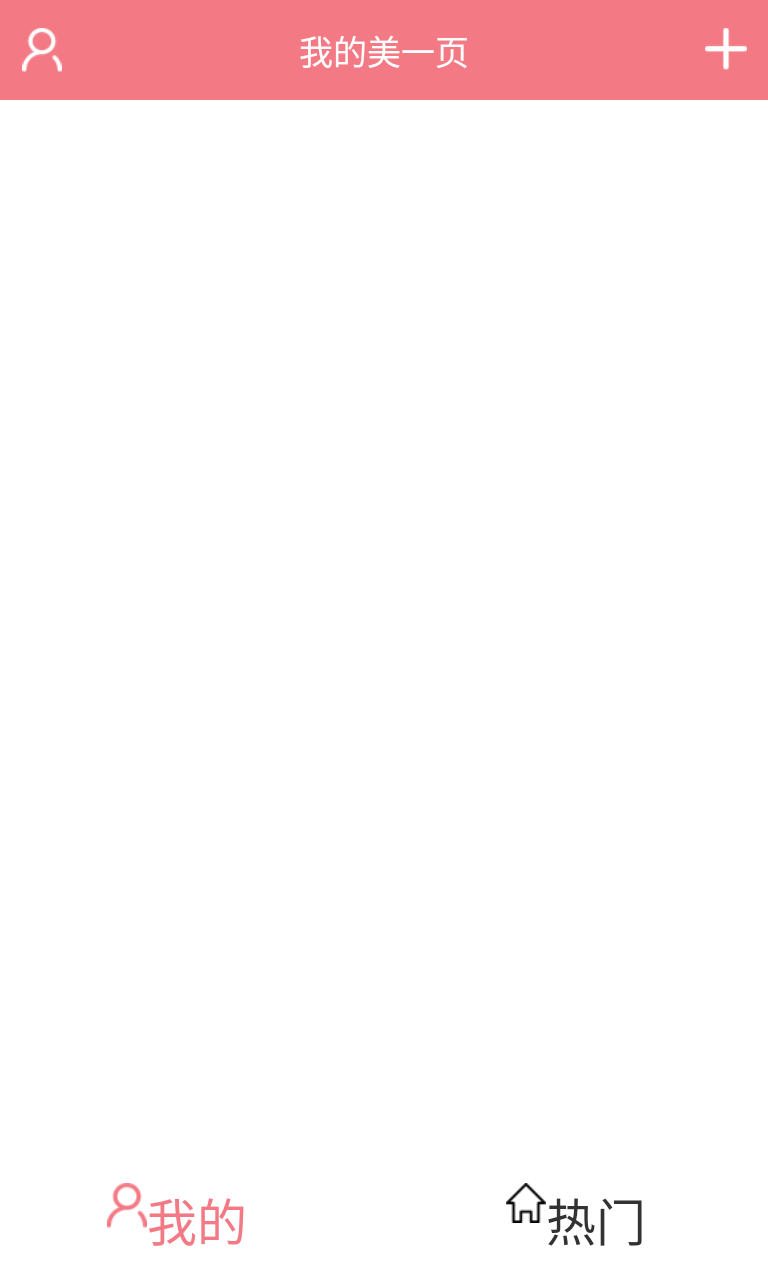
Repository: xuelang201201/Android
Layout: Android网络/美一页/res/layout/activity_main.xml
An editor plug-in stored every save of this project. The layout is shown before and after the next save, followed by the edit.
It is drawn on a 768 x 1280 px phone screen (xhdpi) without system bars, with theme android:Theme.Holo.Light.NoActionBar; the app's code is not run.

Above is the layout before, as saved 2016-03-28 07:23:53.

### Android网络/美一页/res/layout/activity_main.xml
<RelativeLayout xmlns:android="http://schemas.android.com/apk/res/android"
    xmlns:tools="http://schemas.android.com/tools"
    android:layout_width="match_parent"
    android:layout_height="match_parent"
    tools:context=".MainActivity" >

    <RelativeLayout
        android:layout_width="match_parent"
        android:layout_height="50dp"
        android:layout_alignParentLeft="true"
        android:layout_alignParentRight="true"
        android:layout_alignParentTop="true"
        android:background="@drawable/top" >

        <TextView
            android:id="@+id/textView1"
            android:layout_width="wrap_content"
            android:layout_height="wrap_content"
            android:layout_centerHorizontal="true"
            android:layout_centerVertical="true"
            android:text="我的美一页"
            android:textColor="#ffffff"
            android:textSize="17sp" />

        <ImageView
            android:id="@+id/imageView1"
            android:layout_width="22sp"
            android:layout_height="22sp"
            android:layout_alignParentLeft="true"
            android:layout_centerVertical="true"
            android:layout_marginLeft="10dp"
            android:contentDescription="@null"
            android:src="@drawable/icon8" />

        <ImageView
            android:id="@+id/imageView2"
            android:layout_width="22sp"
            android:layout_height="22sp"
            android:layout_alignParentRight="true"
            android:layout_centerVertical="true"
            android:layout_marginRight="10dp"
            android:contentDescription="@null"
            android:src="@drawable/icon9" />
    </RelativeLayout>

    <LinearLayout
        android:layout_width="match_parent"
        android:layout_height="60dp"
        android:layout_alignParentBottom="true"
        android:layout_alignParentLeft="true"
        android:layout_alignParentRight="true" >

        <RelativeLayout
            android:layout_width="0dp"
            android:layout_height="match_parent"
            android:layout_weight="1" >

            <LinearLayout
                android:id="@+id/linearLayout1"
                android:layout_width="wrap_content"
                android:layout_height="wrap_content"
                android:layout_centerHorizontal="true"
                android:layout_centerVertical="true" >

                <ImageView
                    android:id="@+id/imageView3"
                    android:layout_width="wrap_content"
                    android:layout_height="wrap_content"
                    android:contentDescription="@null"
                    android:src="@drawable/icon_select" />

                <TextView
                    android:id="@+id/textView2"
                    android:layout_width="wrap_content"
                    android:layout_height="wrap_content"
                    android:layout_marginRight="15dp"
                    android:text="我的"
                    android:textColor="#f37a85"
                    android:textSize="25sp" />

            </LinearLayout>
        </RelativeLayout>

        <RelativeLayout
            android:layout_width="0dp"
            android:layout_height="match_parent"
            android:layout_weight="1" >

            <LinearLayout
                android:layout_width="wrap_content"
                android:layout_height="wrap_content"
                android:layout_centerHorizontal="true"
                android:layout_centerVertical="true" >

                <ImageView
                    android:id="@+id/imageView4"
                    android:layout_width="wrap_content"
                    android:layout_height="wrap_content"
                    android:src="@drawable/icon_unselect" />

                <TextView
                    android:id="@+id/textView3"
                    android:layout_width="wrap_content"
                    android:layout_height="wrap_content"
                    android:textSize="25sp"
                    android:text="热门" />

            </LinearLayout>
        </RelativeLayout>
    </LinearLayout>

</RelativeLayout>

After the next save:
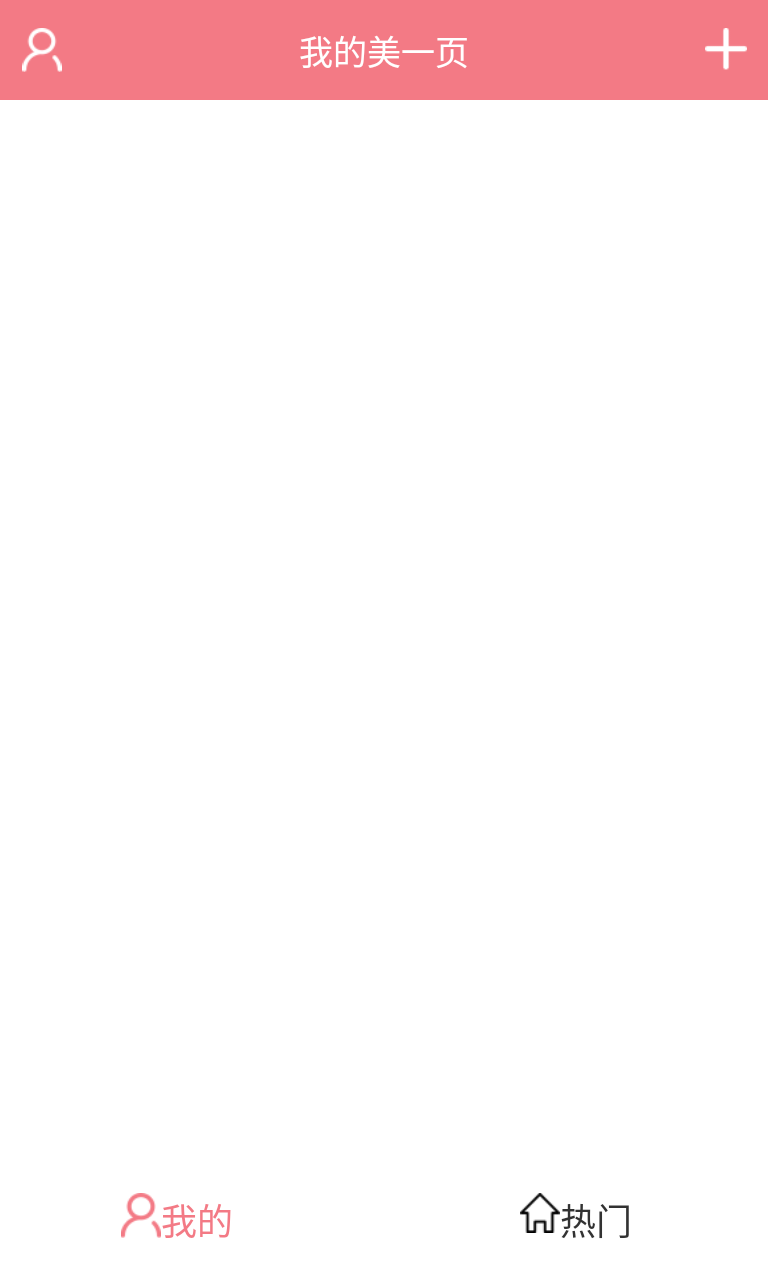
Saved 30 s later.
--- a/Android网络/美一页/res/layout/activity_main.xml
+++ b/Android网络/美一页/res/layout/activity_main.xml
@@ -76,7 +76,7 @@
                     android:layout_marginRight="15dp"
                     android:text="我的"
                     android:textColor="#f37a85"
-                    android:textSize="25sp" />
+                    android:textSize="18sp" />
 
             </LinearLayout>
         </RelativeLayout>
@@ -102,7 +102,7 @@
                     android:id="@+id/textView3"
                     android:layout_width="wrap_content"
                     android:layout_height="wrap_content"
-                    android:textSize="25sp"
+                    android:textSize="18sp"
                     android:text="热门" />
 
             </LinearLayout>
